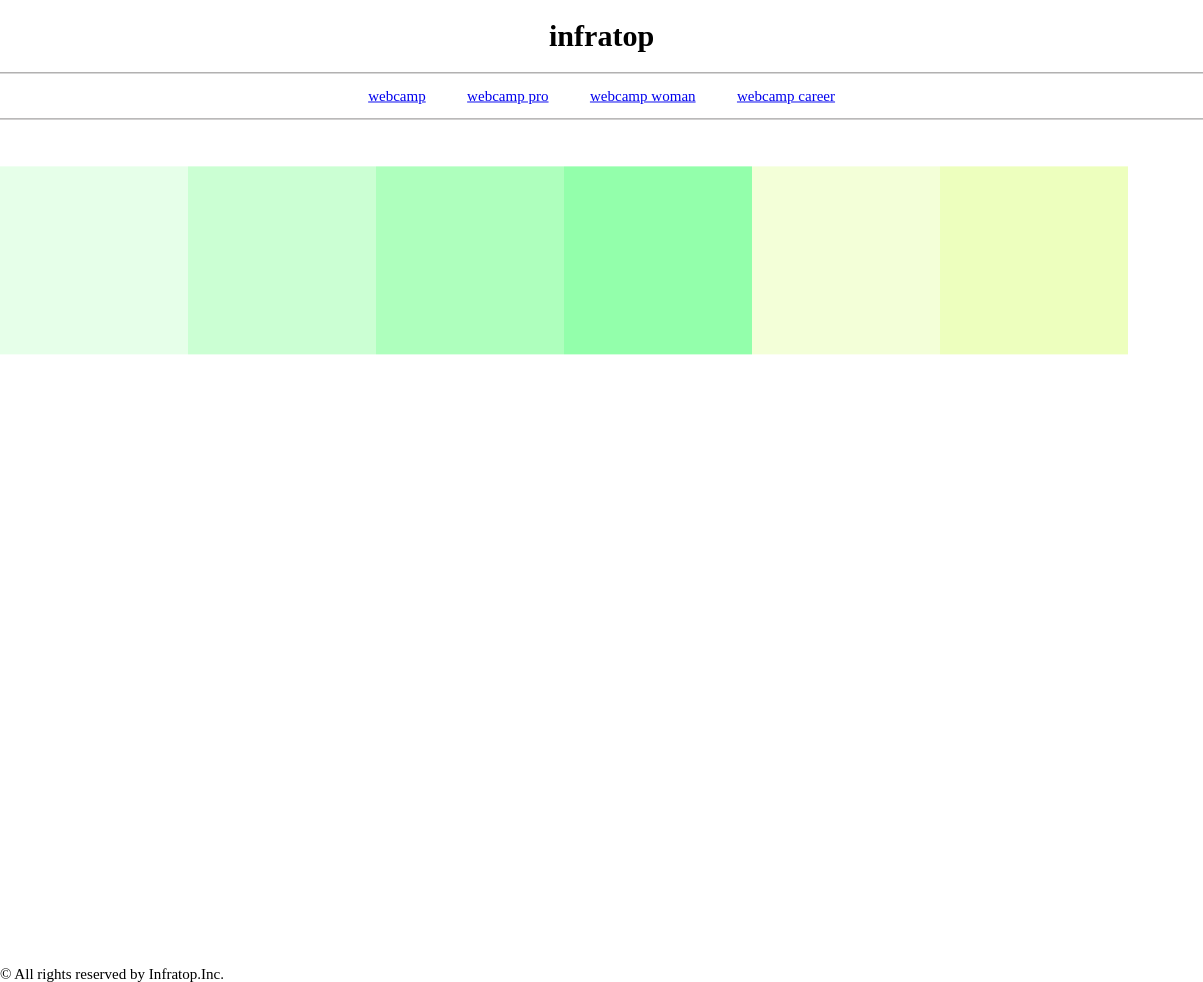
Repository: gukbvhrsui/r
Page: review2/review2.html
The author's editor kept a record of every edit. The page is drawn from the files as they stood at one moment, then again after the next edit.
The browser window is 1280 px wide. The pictures show the whole page, at 94% of full size.

Above is the page before.

### review2/review2.html
<!DOCTYPE html>
<html>
  <head>
  <meta charset="UTF-8">
  <title>演習１－５</title>
  <link rel="stylesheet" href="review2.css">
</head>
<body>
  <header>
    <h1>infratop</h1>
  </header>
  <nav>
    <ul class="nav-list">
      <li class="nav-list-item">
       <a href="https://web-camp.io/">webcamp</a>
      </li>
      <li class="nav-list-item">
        <a href="https://web-camp.io/commit/">webcamp pro</a>
      </li>
      <li class="nav-list-item">
        <a href="https://web-camp.io/">webcamp woman</a>
      </li>
      <li class="nav-list-item">
        <a href="https://web-camp.io/">webcamp career</a>
      </li>
    </ul>
  </nav>
  <main>
    <box class="box1"></box>
    <box class="box2"></box>
    <box class="box3"></box>
    <box class="box4"></box>
    <box class="box5"></box>
    <box class="box6"></box>
    <box class="box7"></box>
    <box class="box8"></box>
    <box class="box9"></box>
    <box class="box10"></box>
    <box class="box11"></box>
    <box class="box12"></box>
  </main>
  <footer>
    <p>© All rights reserved by Infratop.Inc.</p>
  </footer>
</body>
</html>

### review2/review2.css
* {
  margin: 0;
  padding: 0;
  box-sizing: border-box;
}

header {
  width: 100%;
  padding: 20px 0;
  display: flex;
  justify-content: center;
}

.nav-list {
  text-align: center;
  margin: 0 auto;
  padding: 15px 0;
  border-top: 1px solid #848282;
  border-bottom: 1px solid #848282;
}

.nav-list-item {
  list-style: none;
  display: inline-block;
  margin: 0 20px;
}

main {
  margin: 50px auto;
  height: 800px;
  display: flex;
  flex-wrap: wrap;
}

.box1 {
  width: 200px;
  height: 200px;
  background-color: #e6ffe9;
}

.box2 {
  width: 200px;
  height: 200px;
  background-color: #cbffd3;
}

.box3 {
  width: 200px;
  height: 200px;
  background-color: #aeffbd;
}

.box4 {
  width: 200px;
  height: 200px;
  background-color: #93ffab;
}

.box5 {
  width: 200px;
  height: 200px;
  background-color: #f3ffd8;
}

.box6 {
  width: 200px;
  height: 200px;
  background-color: #edffbe;
}

.box7 {
  width: 200px;
  height: 200px;
  background-color: ;
}

.box8 {
  width: 200px;
  height: 200px;
  background-color: ;
}

.box9 {
  width: 200px;
  height: 200px;
  background-color: ;
}

.box10 {
  width: 200px;
  height: 200px;
  background-color: ;
}

.box11 {
  width: 200px;
  height: 200px;
  background-color: ;
}

.box12 {
  width: 200px;
  height: 200px;
  background-color: ;
}

After the next edit:
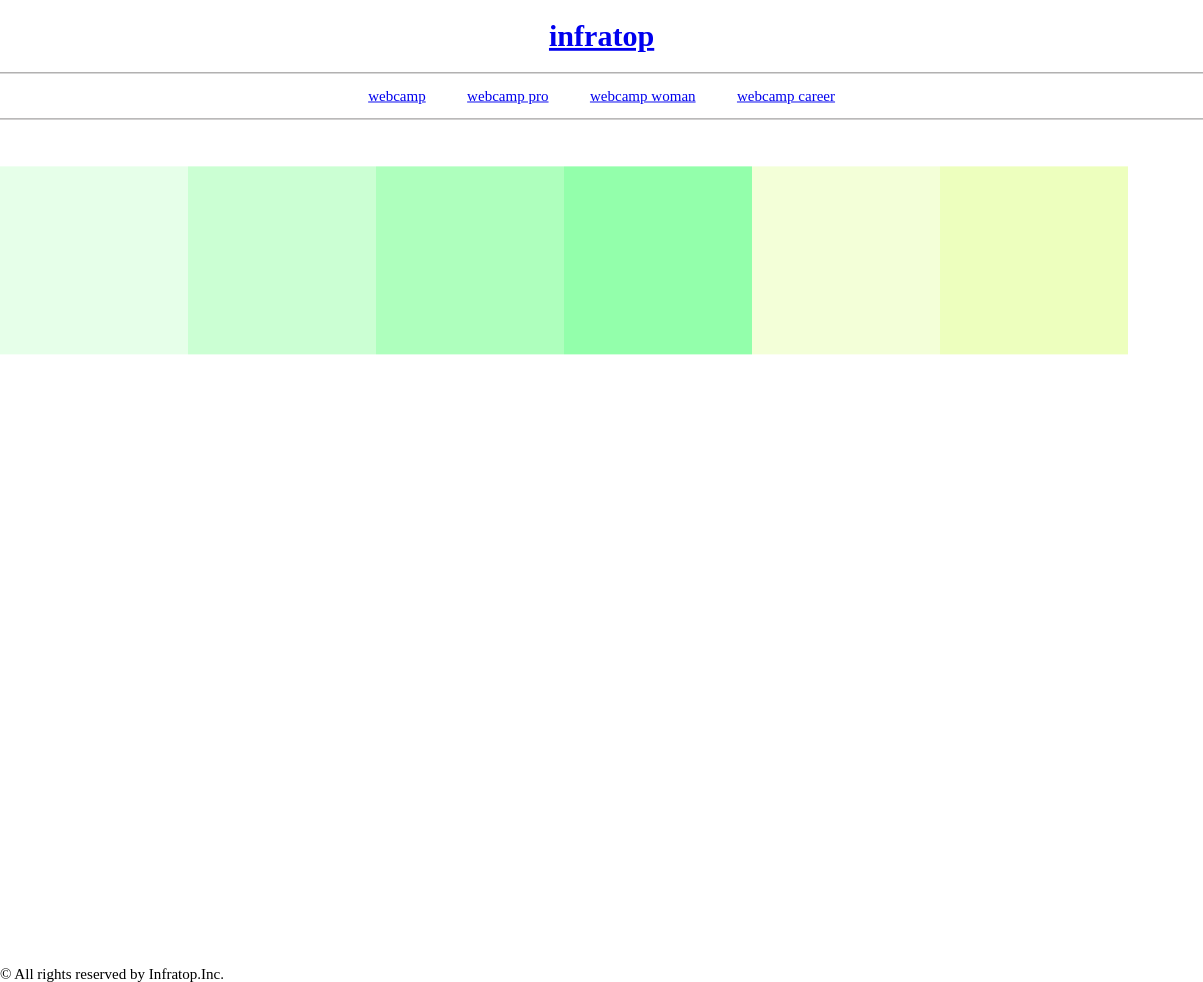
The edit:
--- a/review2/review2.html
+++ b/review2/review2.html
@@ -7,7 +7,9 @@
 </head>
 <body>
   <header>
-    <h1>infratop</h1>
+    <h1>
+      <a href="https://infratop.jp/">infratop</a>
+    </h1>
   </header>
   <nav>
     <ul class="nav-list">
